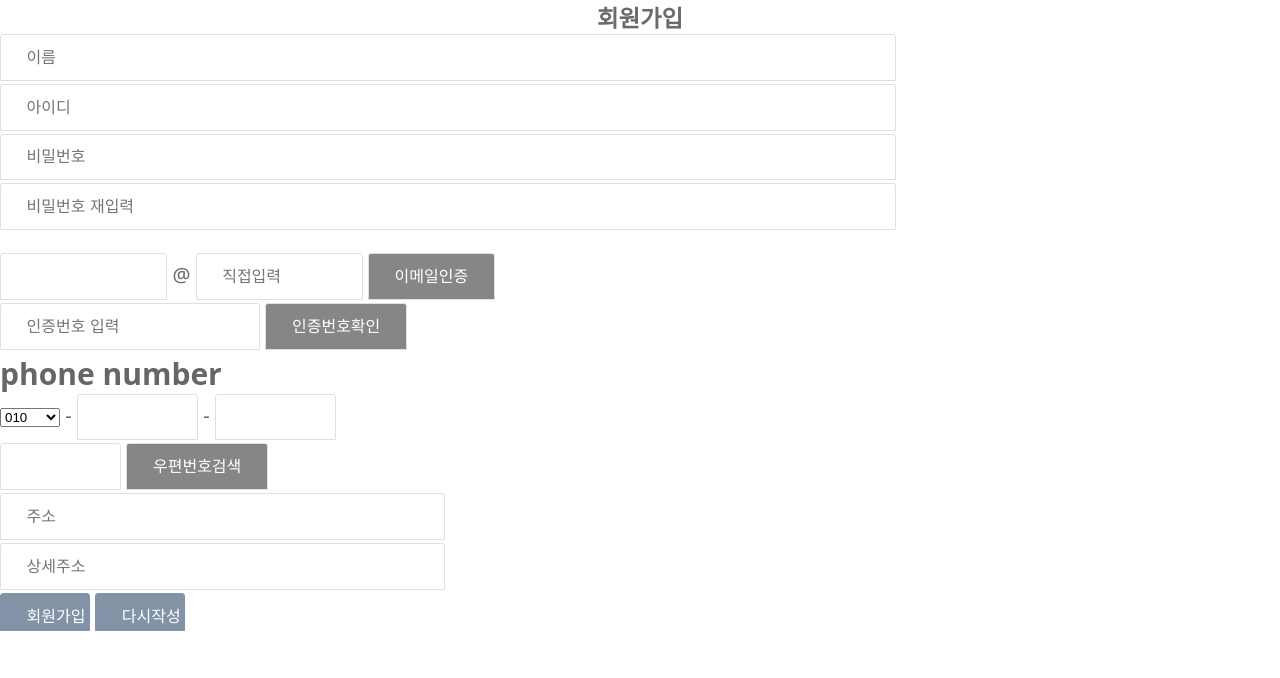
Repository: keepsus/gaebokchi
Page: http://localhost/uzuslime/member/memberWriteForm.jsp
The author's editor kept a copy of each file at every save. The page is drawn from the files as they stood at one save, then again after the next save.
The browser window is 1280 px wide. The pictures show the whole page.
Some web fonts or font styles are not loaded; a fallback is used. The page is served by Tomcat 9. Nobody is signed in. The application's start-up code is not run.

Above is the page before, as saved 2021-02-12 11:08:44.

After the next save:
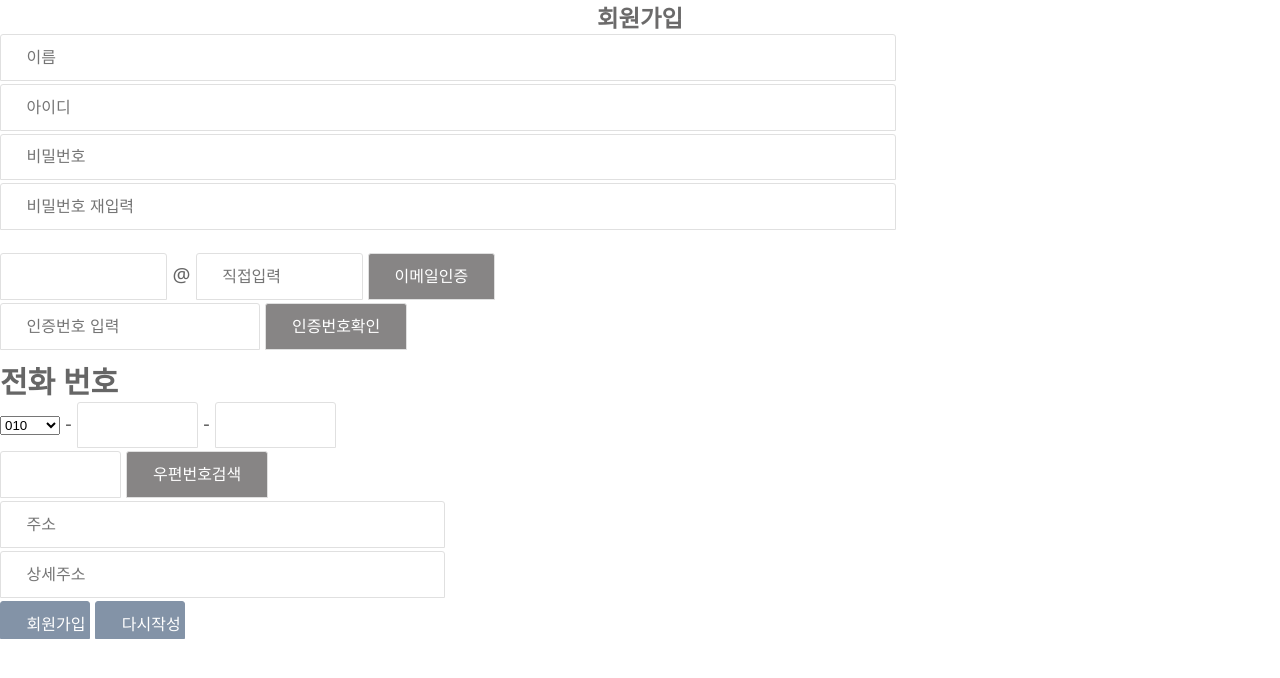
Saved 48 s later.
--- a/uzuslime/src/main/webapp/member/memberWriteForm.jsp
+++ b/uzuslime/src/main/webapp/member/memberWriteForm.jsp
@@ -56,7 +56,7 @@
 		<div id="emailDiv"></div>
 
 	    <div class="signUp-phone-form">
-	    <h2>phone number</h2>
+	    <h2 style="margin-top:5px;">전화 번호 </h2>
 	        <select name="tel1" class="sign-tel1" style="width: 60px;">
 	            <option value="010">010
 	            <option value="011">011
